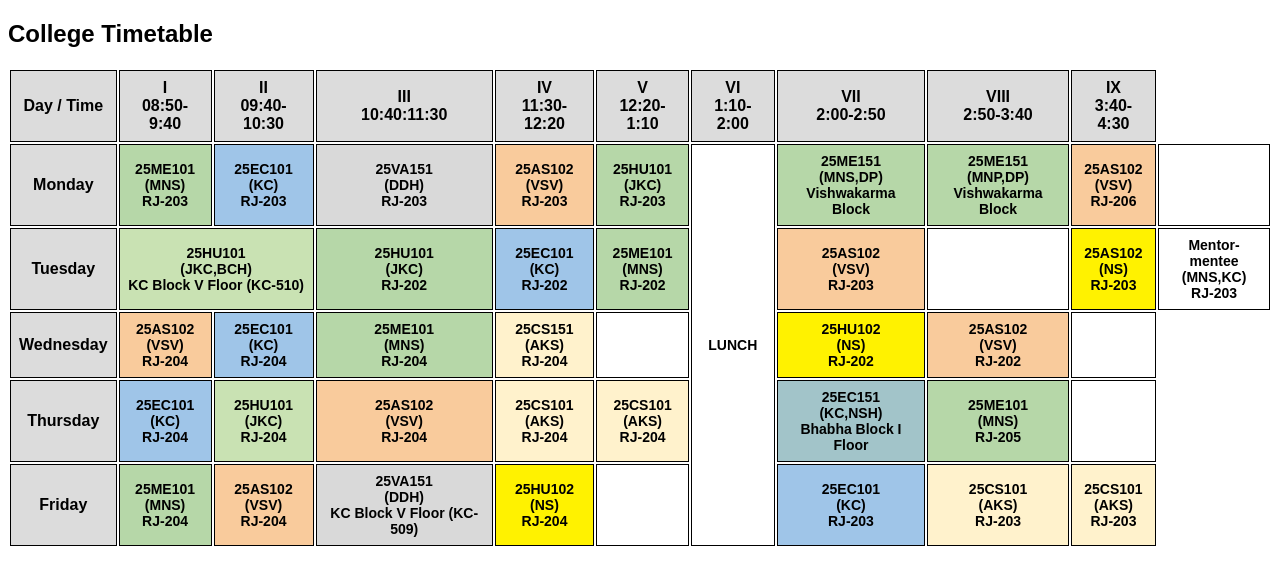
Repository: Glory998/ELCE1-32
Page: experiment3.html
These files come from the project's save history. The page is drawn as it stood at one moment and after the next save; the edit follows.
The browser window is 1280 px wide. The pictures show the whole page.

Above is the page before, as saved 2025-10-25 01:12:19.

After the next save:
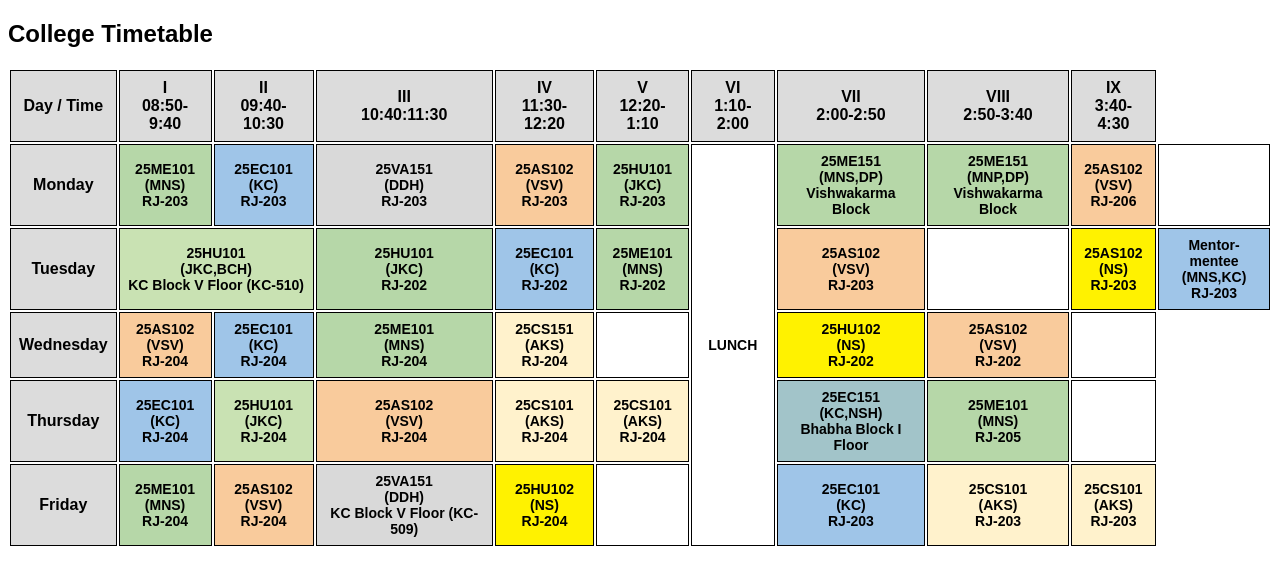
Saved 60 s later.
--- a/experiment3.html
+++ b/experiment3.html
@@ -102,7 +102,7 @@
                                             <td
                                             class="yellow">25AS102<br>(NS)<br>RJ-203</td>
                                             <td
-                                            class="purple">Mentor-mentee<br>(MNS,KC)<br>RJ-203</td>
+                                            class="blue">Mentor-mentee<br>(MNS,KC)<br>RJ-203</td>
                                             </tr>
 
                                             <tr>
